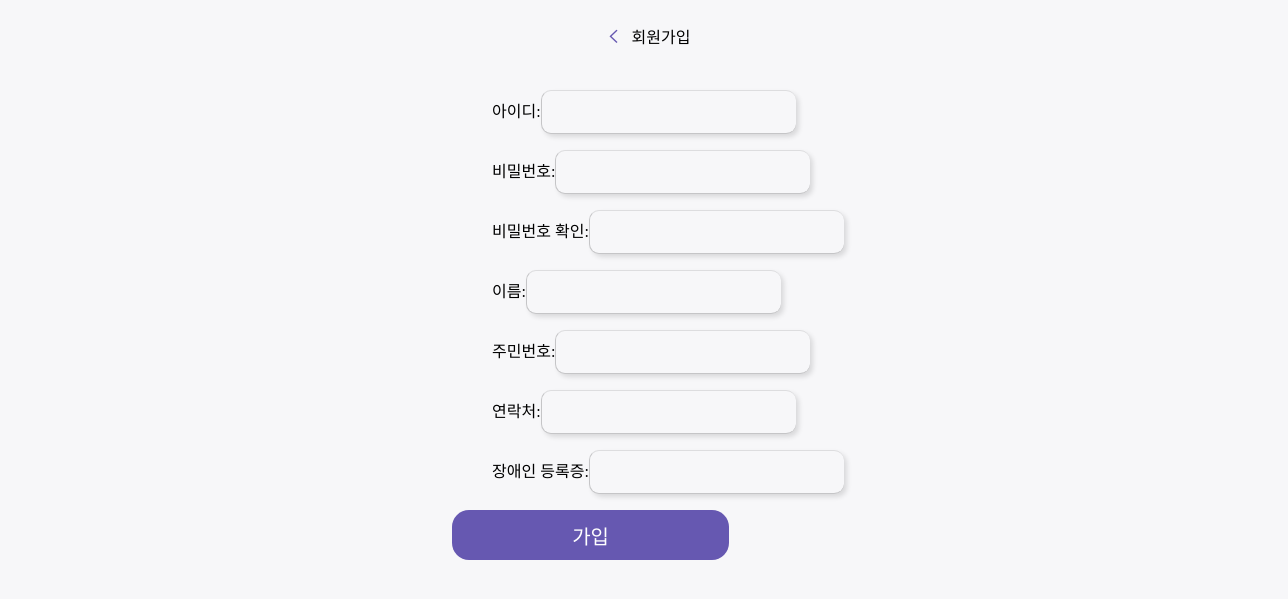
Repository: PEPI-dev/UI
Page: regist/regist.html
The author's editor kept a copy of each file at every save. The page is drawn from the files as they stood at one save, then again after a run of saves.
The browser window is 1280 px wide. The page is 1288 px wide, so the pictures cover 1288 px, including what lies to the right of the window. The pictures show the whole page.
Some web fonts or font styles are not loaded; a fallback is used.

Above is the page before, as saved 2023-12-04 17:40:37.

After the next 4 saves:
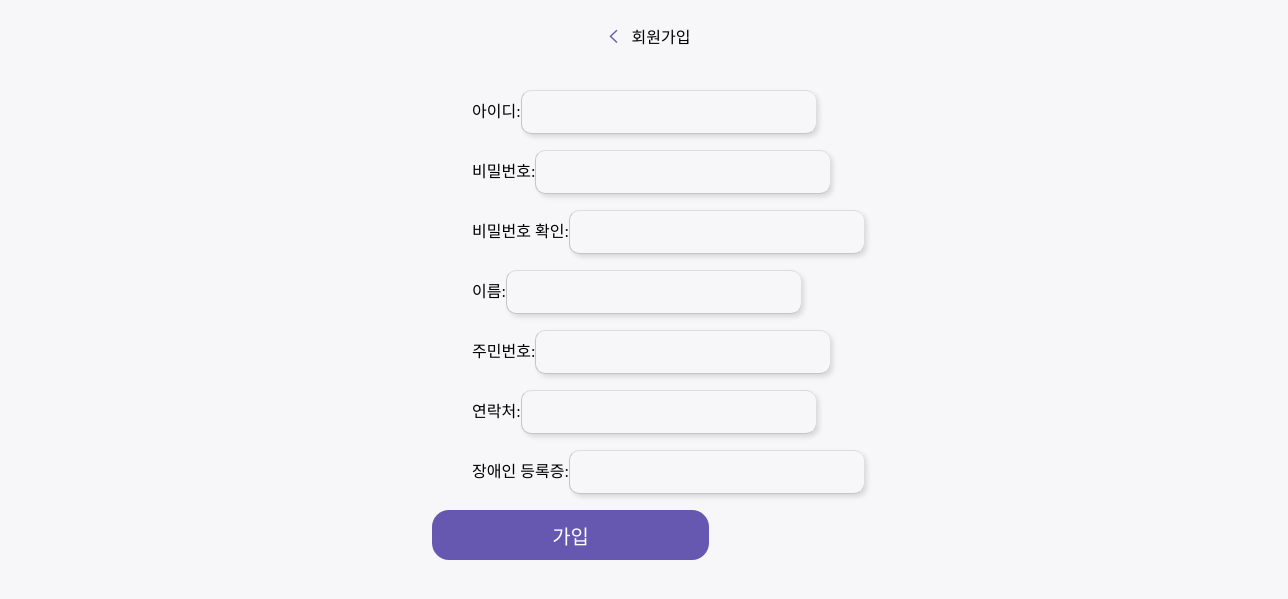
The 4 saves are shown as one change because they came seconds apart.
The last was saved 15 s later.
--- a/regist/regist.css
+++ b/regist/regist.css
@@ -42,7 +42,7 @@ body {
 }
 
 .field {
-    width: 250px;
+    width: 290px;
     height: 40px;
     border-radius: 10px;
     box-shadow: 3px 3px 5px rgba(0, 0, 0, 0.12);
